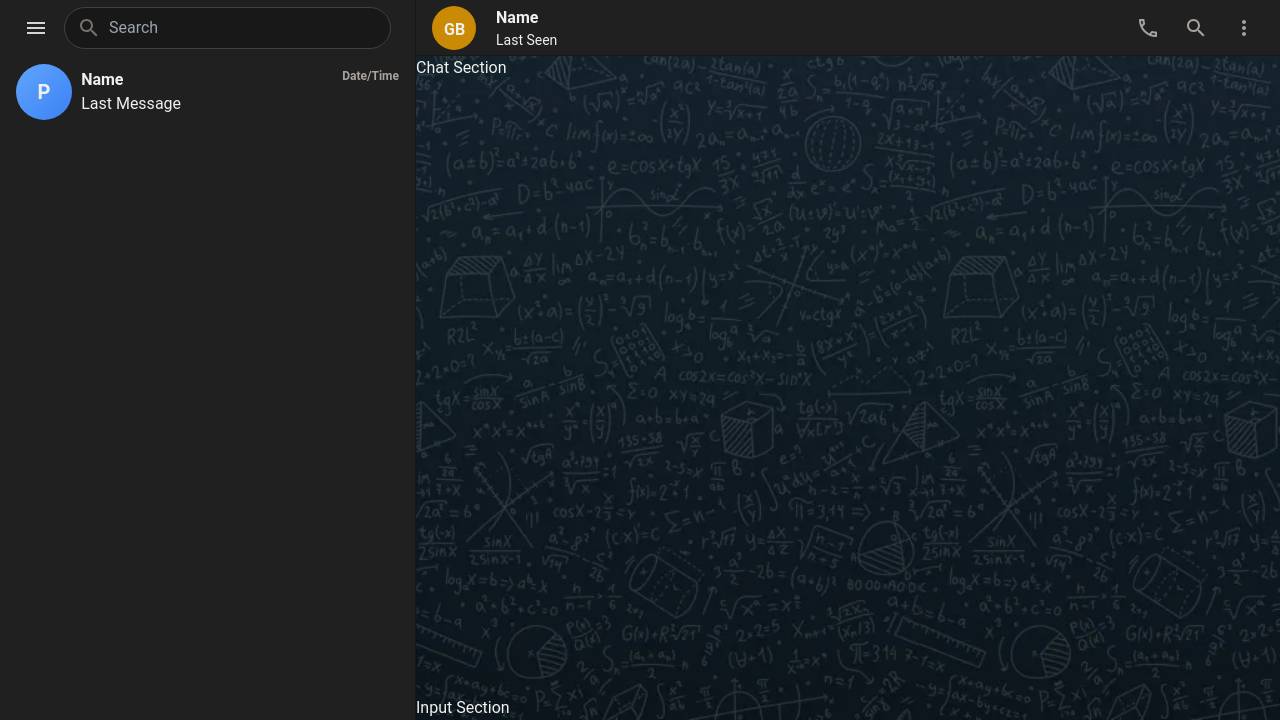
Repository: Qu4ntumGuy/telegram-clone
Page: /
The author's editor kept a copy of each file at every save. The page is drawn from the files as they stood at one save, then again after the next save.
The browser window is 1280 px wide. The pictures show the whole page.
The page's requests for data from a server got no answer. The project was rebuilt for these pictures with package versions that can differ from the ones it lists, and the page was loaded fresh each time. No one was signed in, and anything a server would have sent is missing. Also part of the build but not shown: src/Pages/ChatPage.js/ChatPage.js.

Above is the page before, as saved 2024-07-15 14:04:14.

### src/index.css
@tailwind base;
@tailwind components;
@tailwind utilities;

:root {
  font-family: "Roboto", sans-serif;
  color-scheme: light;
  body {
    @apply bg-[#181818] text-[#f0f0f0];
  }
}
/*
:root {
  @apply bg-[#181818];
} */

### src/App.js
import { Routes, BrowserRouter, Route } from "react-router-dom";
import Sidebar from "./Components/Sidebar";
import Home from "./Pages/Home/Home";
import ChatPage from "./Pages/ChatPage.js/ChatPage";

function App() {
  return (
    <div className="flex max-w-[105rem] mx-auto">
      <Sidebar />
      <BrowserRouter>
        <Routes>
          <Route path="/" element={<Home />} />
          <Route path="/k/:id" element={<ChatPage />} />
        </Routes>
      </BrowserRouter>
      {/* <Home /> */}
    </div>
  );
}

export default App;

### src/Components/Sidebar.js
import React, { useEffect, useRef, useState } from "react";
import MenuIcon from "@mui/icons-material/Menu";
import SearchIcon from "@mui/icons-material/Search";
import axios from "axios";
import Chat from "./Chat";

function Sidebar() {
  const [page, setPage] = useState(1);
  const [channels, setChannels] = useState([]);
  const fetchChannels = async () => {
    try {
      const res = await axios.get(
        `https://devapi.beyondchats.com/api/get_all_chats?page=${page}`,
        {
          headers: {
            Accept: "application/json",
          },
        }
      );
      //   console.log(res);
      setChannels(res.data.data.data);
      console.log(res.data.data.data);
    } catch (error) {
      console.log(error);
    }
  };

  function formatString(str) {
    str = str.trim();
    const words = str.split(/\s+/);
    if (words.length === 1) {
      return words[0].charAt(0).toUpperCase();
    } else if (words.length === 2) {
      return (
        words[0].charAt(0).toUpperCase() + words[1].charAt(0).toUpperCase()
      );
    } else {
      return (
        words[0].charAt(0).toUpperCase() +
        words[words.length - 1].charAt(0).toUpperCase()
      );
    }
  }

  useEffect(() => {
    fetchChannels();
  }, []);

  const ref = useRef();
  return (
    <div className="w-full md:max-w-[26rem] bg-[#202020] border-r border-[#181818] h-screen">
      <div className="flex items-center justify-start px-4 h-14 w-full">
        <div className="px-2 text-stone-300">
          <MenuIcon />
        </div>

        <div className="flex items-center justify-start border text-stone-500 w-full px-3 mx-2 border-stone-700 rounded-full p-2 bg-[#181818]">
          <div className="w-auto">
            <SearchIcon />
          </div>
          <form className="w-full text-white">
            <input
              className=" w-full bg-inherit pl-2 focus:outline-none"
              placeholder="Search"
            />
            <div className="w-full bg-inherit pl-2"></div>
          </form>
        </div>
      </div>
      <div className="overflow-y-auto px-2">
        <Chat />
      </div>
    </div>
  );
}

export default Sidebar;

### src/Pages/Home/Home.js
import React from "react";
import backgroundImage from "../../Assets/Desktop.webp";
import Topbar from "../../Components/Topbar";

function Home() {
  const image =
    "https://blog.1a23.com/wp-content/uploads/sites/2/2020/02/pattern_02-150x150.png";

  //   const divStyle = {
  //     width: "100%",
  //     height: "100vh", // Adjust the height as needed
  //     backgroundImage: `url(${backgroundImage})`,
  //     backgroundSize: "cover", // Ensures the image covers the entire div
  //     backgroundPosition: "center", // Centers the image
  //   };
  return (
    <div
      className="md:flex flex-col justify-center bg-cover h-screen hidden md:w-full "
      style={{ backgroundImage: `url(${backgroundImage})` }}
    >
      <div className="top-0 mb-auto h-14 bg-[#202020] border-b border-[#181818]">
        <Topbar />
      </div>
      <div className="flex flex-col h-full">
        <div className="top-0">Chat Section</div>
        <div className="bottom-0 mt-auto">Input Section</div>
      </div>
    </div>
  );
}

export default Home;

### src/Components/Chat.js
import React from "react";

function Chat({ name, profile }) {
  return (
    <div className="flex w-full p-2 items-center cursor-pointer justify-between hover:bg-stone-700 hover:bg-opacity-30 rounded-lg">
      <div className="flex justify-center items-center text-xl font-semibold bg-gradient-to-br from-blue-400 rounded-full w-14 h-14 to-blue-500">
        {profile ? profile : "P"}
      </div>
      <div className="flex flex-col w-[83%]">
        <div className="flex">
          <div className="font-semibold ">Name</div>
          <div className="right-0 ml-auto text-xs text-stone-400 font-semibold">
            Date/Time
          </div>
        </div>
        <div>Last Message</div>
      </div>
    </div>
  );
}

export default Chat;

### src/Components/Topbar.js
import React from "react";
import CallOutlinedIcon from "@mui/icons-material/CallOutlined";
import SearchIcon from "@mui/icons-material/Search";
import MoreVertIcon from "@mui/icons-material/MoreVert";

function Topbar() {
  return (
    <div className="flex px-4 h-14">
      <div className="flex-1 flex items-center">
        <div className="bg-yellow-600 p-3 rounded-full h-11 w-11 text-center align-middle font-bold">
          <div className="text-center align-middle">GB</div>
        </div>
        <div className="flex flex-col pl-5 w-full">
          <div className="font-semibold">Name</div>
          <div className="text-sm"> Last Seen</div>
        </div>
      </div>
      <div className="flex items-center space-x-2 font-bold pl-3 text-stone-400">
        <div className=" rounded-full cursor-pointer hover:bg-stone-700 hover:bg-opacity-30 p-2">
          <CallOutlinedIcon />
        </div>
        <div className=" rounded-full cursor-pointer hover:bg-stone-700 hover:bg-opacity-30 p-2">
          <SearchIcon />
        </div>
        <div className=" rounded-full cursor-pointer hover:bg-stone-700 hover:bg-opacity-30 p-2">
          <MoreVertIcon />
        </div>
      </div>
    </div>
  );
}

export default Topbar;

Loaded but not shown: public/index.html (common file); src/index.js (common file); src/reportWebVitals.js (common file); tailwind.config.js (common file)

After the next save:
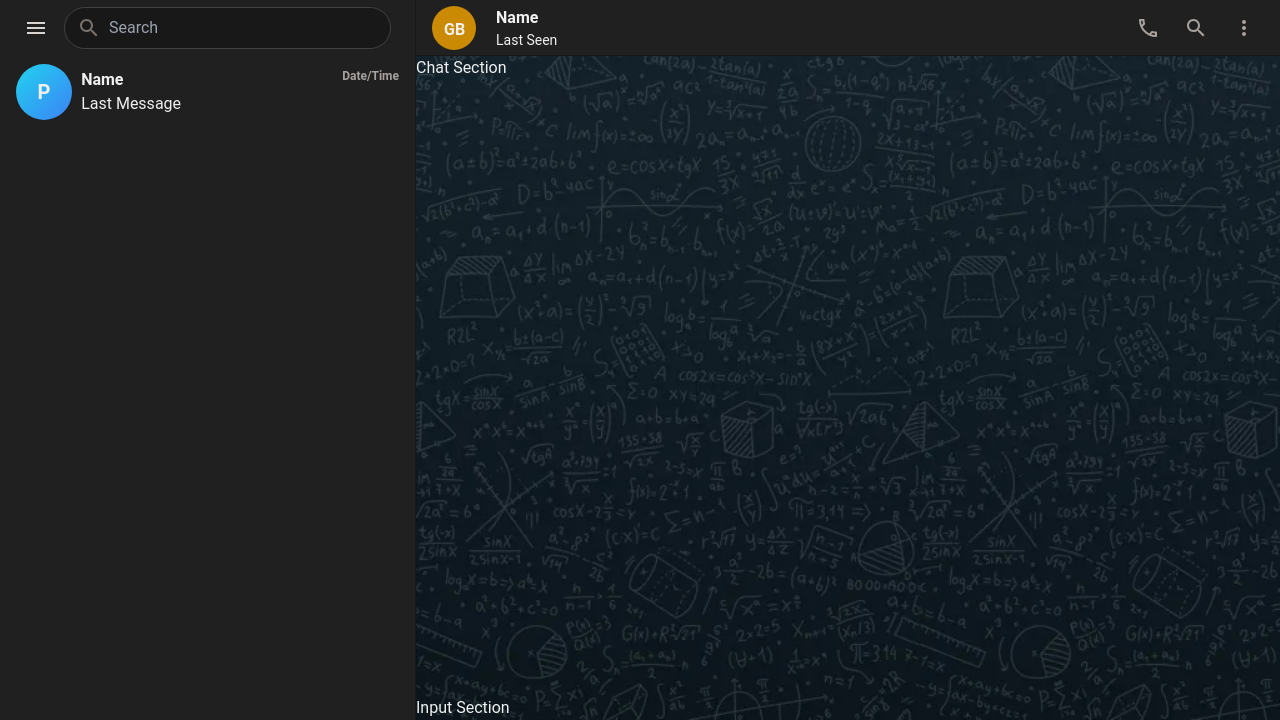
Saved 2 min 27 s later.
--- a/src/Components/Chat.js
+++ b/src/Components/Chat.js
@@ -3,7 +3,7 @@ import React from "react";
 function Chat({ name, profile }) {
   return (
     <div className="flex w-full p-2 items-center cursor-pointer justify-between hover:bg-stone-700 hover:bg-opacity-30 rounded-lg">
-      <div className="flex justify-center items-center text-xl font-semibold bg-gradient-to-br from-blue-400 rounded-full w-14 h-14 to-blue-500">
+      <div className="flex justify-center items-center text-xl font-semibold bg-gradient-to-br from-cyan-400 rounded-full w-14 h-14 to-blue-500">
         {profile ? profile : "P"}
       </div>
       <div className="flex flex-col w-[83%]">
